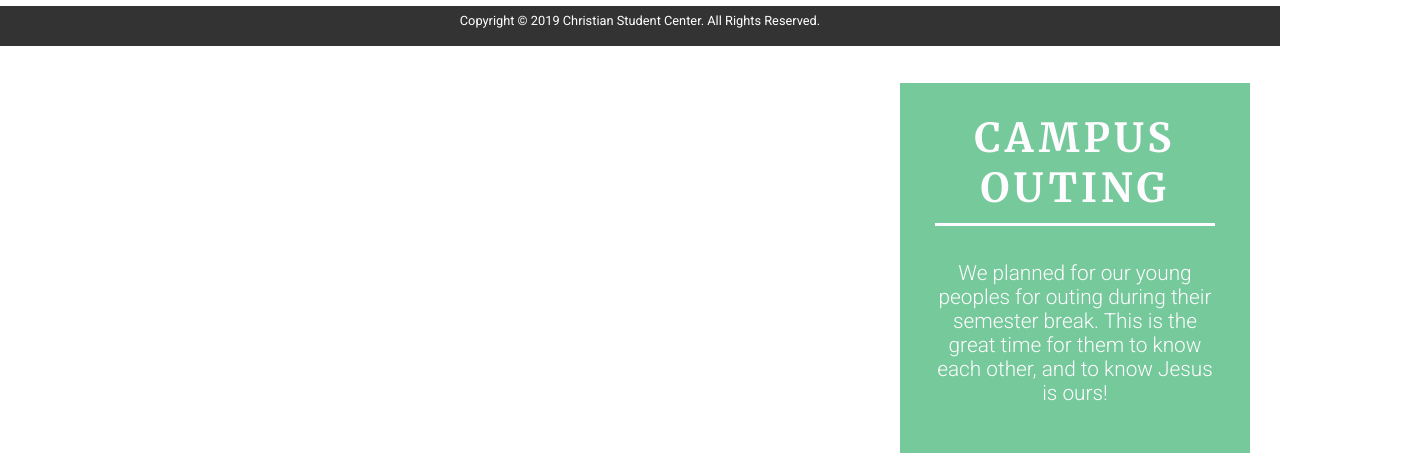
Repository: kongteckmee/christian-sc
Page: gallery.html
The author's editor kept a record of every edit. The page is drawn from the files as they stood at one moment, then again after the next edit.
The browser window is 1280 px wide. The page is 1420 px wide, so the pictures cover 1420 px, including what lies to the right of the window. The pictures show the part of the page from y = 1167 to 1743 px (the page is 1620 px tall before and 1743 px after).
Some web libraries are served in a nearby version.

Above is the page before.

### gallery.html
<!DOCTYPE html>
<html lang="en">

<head>
    <meta charset="UTF-8">
    <meta name="viewport" content="width=device-width, initial-scale=1.0">
    <meta http-equiv="X-UA-Compatible" content="ie=edge">
    <link rel="stylesheet" href="https://use.fontawesome.com/releases/v5.1.1/css/all.css" integrity="sha384-O8whS3fhG2OnA5Kas0Y9l3cfpmYjapjI0E4theH4iuMD+pLhbf6JI0jIMfYcK3yZ" crossorigin="anonymous">
    <link rel="stylesheet" href="assets/css/style.css" type="text/css" />
    <title>Christian Student Center</title>
</head>

<body>
    <header>
        <a id="logo" href="index.html">
            <h2><span style="font-size: 150%">Christian</span> SC</h2>
        </a>
        <nav>
            <ul id="scmenu">
                <li>
                    <a href="#">Meet Us</a>
                </li>
                <li>
                    <a class="scactive" href="gallery.html">Gallery</a>
                </li>
                <li>
                    <a href="index.html">Home</a>
                </li>
            </ul>
        </nav>
    </header>
    <section id="scgallery">
        <div id="gallery-text">
            <h1>Joy with Us</h1>
            <hr>
            <h3>This is our gallery, collected all the photos in the events that we have until now!</h3>
            <h3>Do join us so we can share the great joy with you.</h3>
        </div>
    </section>
    <section id="outing">
        <div>
            <iframe width="953" height="536" src="https://www.youtube.com/embed/8UHfDnMuLU0" frameborder="0" allow="accelerometer; autoplay; encrypted-media; gyroscope; picture-in-picture" allowfullscreen></iframe>
        </div>
        <div id="outing-text">
            <h1>Campus Outing</h1>
            <hr>
            <h3>We planned for our young peoples for outing during their semester break. This is the great time for them to know each other, and to know Jesus is ours!</h3>
        </div>
    </section>
    <section id="photo">
         <div id="photo-text">
            <h1>Campus Outing</h1>
            <hr>
            <h3>We planned for our young peoples for outing during their semester break. This is the great time for them to know each other, and to know Jesus is ours!</h3>
        </div>
    </section>
    <footer>
        <div id="footer-copyright">
            <p>Copyright © 2019 Christian Student Center. All Rights Reserved.</p>
        </div>
    </footer>
</body>

</html>

### assets/css/style.css
@import url('https://fonts.googleapis.com/css?family=Merriweather:500,600,700|Roboto:300,400,500');

* {
    margin: 0;
    padding: 0;
    border: 0;
}

body {
    font-family: 'Roboto', sans-serif;
    color: #696969; /*Grey color */
}

/* ------------------------------------------------------ Header */

#logo {
    float: left;
    text-decoration: none;
}

#logo h2 {
    font-family: 'Merriweather', serif;
    font-size: 200%;
    color: #4682b4; /* Steel Blue color */
    text-shadow: 2px 2px 4px #808080;
}

#scmenu {
    font-size: 120%;
    list-style-type: none;
    letter-spacing: 2px;
}

#logo, #scmenu {
    line-height: 75px;
}

#scmenu li {
    float: right;
    margin-right: 30px;
}

#scmenu a {
    text-decoration: none;
    color: inherit;
}

#scmenu a:hover {
    color: #4682b4; /* Steel Blue color */
    font-weight: 500;
    text-shadow: 2px 2px 4px #808080;
}

.scactive {
    font-weight: 500;
    text-shadow: 2px 2px 4px #808080;
}

/* ------------------------------------------------------ Section: Welcome */

#scmeeting {
    height: 700px;
    width: 100%;
    background: url("../img/meeting-t.jpg") no-repeat center center;
}

#scgallery {
    height: 550px;
    width: 100%;
    background: url("../img/r_combined-t.jpg") no-repeat center center;
    margin-left: 140px;
    overflow: hidden;
}

#outing {
    height: 530px;
    width: 100%;
}

#scmeetingrange {
    height: 700px;
    width: 100%;
    overflow: hidden;
}

#welcome-text {
    width: 400px;
    height: 220px;
    color: #fefcff; /* Milky white */
    background-color: rgba(212,175,55,.7);
    padding-top:20px;
    bottom: 35px; /* Fixed the welcome text box-bottom */
    right: 100px; /* Fixed the welcome text box-right */
    position: absolute;
}

#gallery-text {
    width: 350px;
    height: 350px;
    color: #fefcff; /* Milky white */
    background-color: rgba(219,112,147,.7);
    padding-top:20px;
    bottom: 200px;
    right: 940px;
    position: absolute;
}

iframe {
    margin-left: 30px;
}

#outing-text {
    width: 350px;
    height: 350px;
    color: #fefcff; /* Milky white */
    background-color: rgba(60,179,113,.7);
    padding-top:20px;
    bottom: -330px;
    right: 30px;
    position: absolute;
}

#photo-text{
    width: 350px;
    height: 350px;
    color: #fefcff; /* Milky white */
    background-color: rgba(60,179,113,.7);
    padding-top:20px;
    bottom: -900px;
    right: 30px;
    position: absolute;
}

#welcome-text h1 {
    margin-bottom: 5px;
    font-size: 300%;
    font-family: 'Merriweather', serif;
    text-transform: uppercase;
    text-align: center;
    letter-spacing: 4px;
}

#gallery-text h1, #outing-text h1, #photo-text h1 {
    margin-top: 10px;
    margin-bottom: 10px;
    font-size: 250%;
    font-family: 'Merriweather', serif;
    text-transform: uppercase;
    text-align: center;
    letter-spacing: 4px;
}

hr {
    width: 80%;
    height: 3px;
    margin-left: auto;
    margin-right: auto;
    background-color:#fefcff; /* Milky white */
}

#welcome-text h3 {
    margin: 20px;
    font-size: 130%;
    font-weight: 300;
    text-align: center;
}

#gallery-text h3, #outing-text h3, #photo-text h3 {
    margin: 35px;
    font-size: 130%;
    font-weight: 300;
    text-align: center;
}

/* ------------------------------------------------------ Section: About */

#about {
    height: 500px;
}

#about h1 {
    margin-top: 30px;
    margin-bottom: 30px;
    font-family: 'Merriweather', serif;
    color: #4682b4; /* Steel Blue color */
    text-transform: uppercase;
    text-align: center;
    text-shadow: 2px 2px 4px #808080;
    font-size: 200%;
    letter-spacing: 1px;
}

#about h2 {
    font-family: 'Merriweather', serif;
    font-size: 130%;
    text-transform: uppercase;
    text-shadow: 2px 2px 4px #808080;
}

#left {
    margin-right: 30px;
    padding-top: 30px;
    width: 30%;
    float: left;
}

#right {
    margin-right: 30px;
    padding-top: 30px;
    width: 30%;
    float: right;
}

#center {
    padding-top: 30px;
    width: 33%;
    margin: 0 auto; /* center the div */
}

br {
    display: block;
    content: "";
    margin: 2em;
    font-size: 24%; /* spacing */
}

.left-right-side {
    width: 50%;
    float: right;
    padding-top: 40px;
    clear: both;
    margin-left: 20px;
    margin-bottom: 50px;
}

.middle {
    width: 50%;
    float: right;
    padding-top: 40px;
    margin-right: 20px;
}

#container {
    width: 150px;
    height: 150px;
    border: 3px solid #cccccc;
    border-radius: 50%;
    margin-left: 20px;
    margin-bottom: 20px;
}

#contain-study {
    background: url("../img/study-group.jpg") no-repeat center center;
    height: 100%;
    border-radius: 50%;
}

#contain-wifi {
    background: url("../img/free-wifi.jpg") no-repeat center center;
    height: 100%;
    border-radius: 50%;
}

#contain-seminar {
    background: url("../img/truth-seminar.jpg") no-repeat center center;
    height: 100%;
    border-radius: 50%;
}

#contain-bible {
    background: url("../img/bible-study.jpg") no-repeat center center;
    height: 100%;
    border-radius: 50%;
}

#contain-cafe {
    background: url("../img/cafe.jpg") no-repeat center center;
    height: 100%;
    border-radius: 50%;
}

#contain-books {
    background: url("../img/spiritual-book.jpg") no-repeat center center;
    height: 100%;
    border-radius: 50%;
}

/* ------------------------------------------------------ Section: Event */

#event {
    height: 250px;
    /*background-color: #a9a9a9;*/
}

#event div {
    color: #ffebcd;
    width: 19.2%;
    height: 90%;
    float: left;
    padding-top: 30px;
    text-align: center;
    margin: 5px;
}

#event h2 {
    color: #ffffff;
    font-family: 'Merriweather', serif;
    margin-bottom: 20px;
}

#event h3 {
    margin-top: 20px;
    font-weight: 400;
}

.black {
    background-color: rgba(48,48,48,.8);
}

.black h2 {
    line-height: 120px;
    text-transform: uppercase;
    text-shadow: 5px 5px 0px rgba(0,0,0,0.2);
}

.black h3 {
    color: #ffffff;
    font-size: 200%;
    text-shadow: 5px 5px 0px rgba(0,0,0,0.2);
}

.grey {
    background-color: rgba(105,105,105,.8);
}

.green {
    background-color: rgba(102,102,0,.8);
}

/* ------------------------------------------------------ Footer */

footer {
    margin-top: 10px;
    border-top: 2px solid #fff;
    height: 40px;
    width: 100%;
    background-color: #333333;
}

footer #footer-copyright {
    color: #fff;
    line-height: 30px;
    font-size: 80%;
    text-align: center;
}

After the next edit:
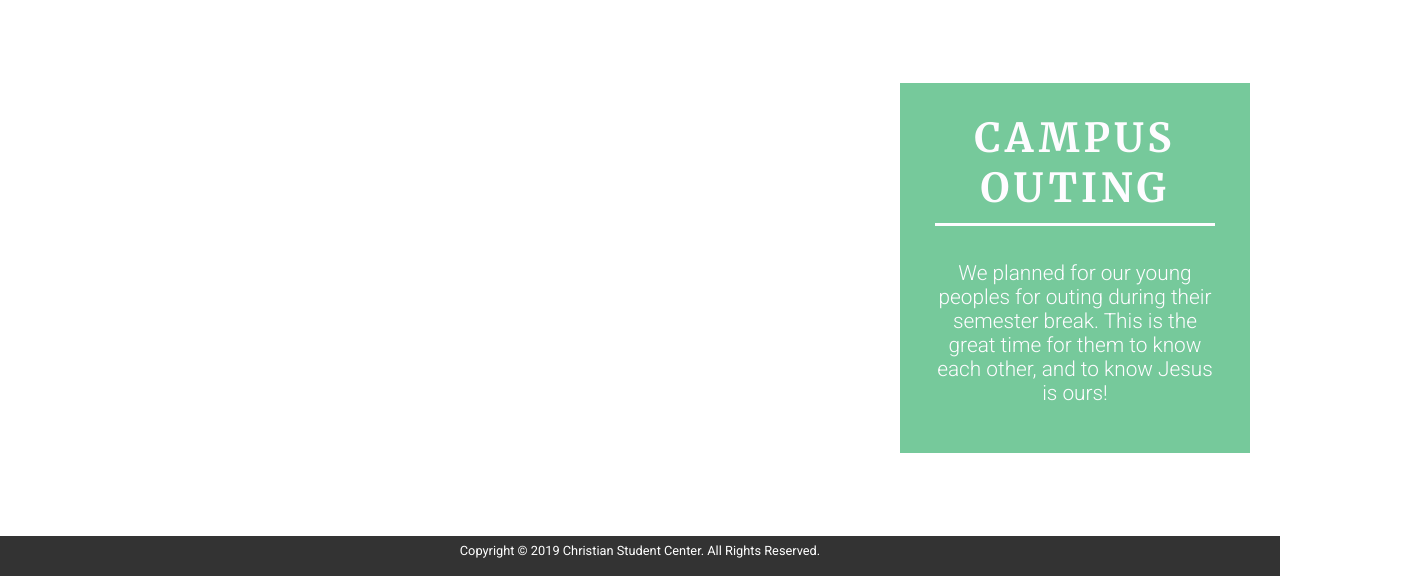
The edit:
--- a/assets/css/style.css
+++ b/assets/css/style.css
@@ -73,6 +73,11 @@ body {
 }
 
 #outing {
+    height: 530px;
+    width: 100%;
+}
+
+#photo {
     height: 530px;
     width: 100%;
 }
